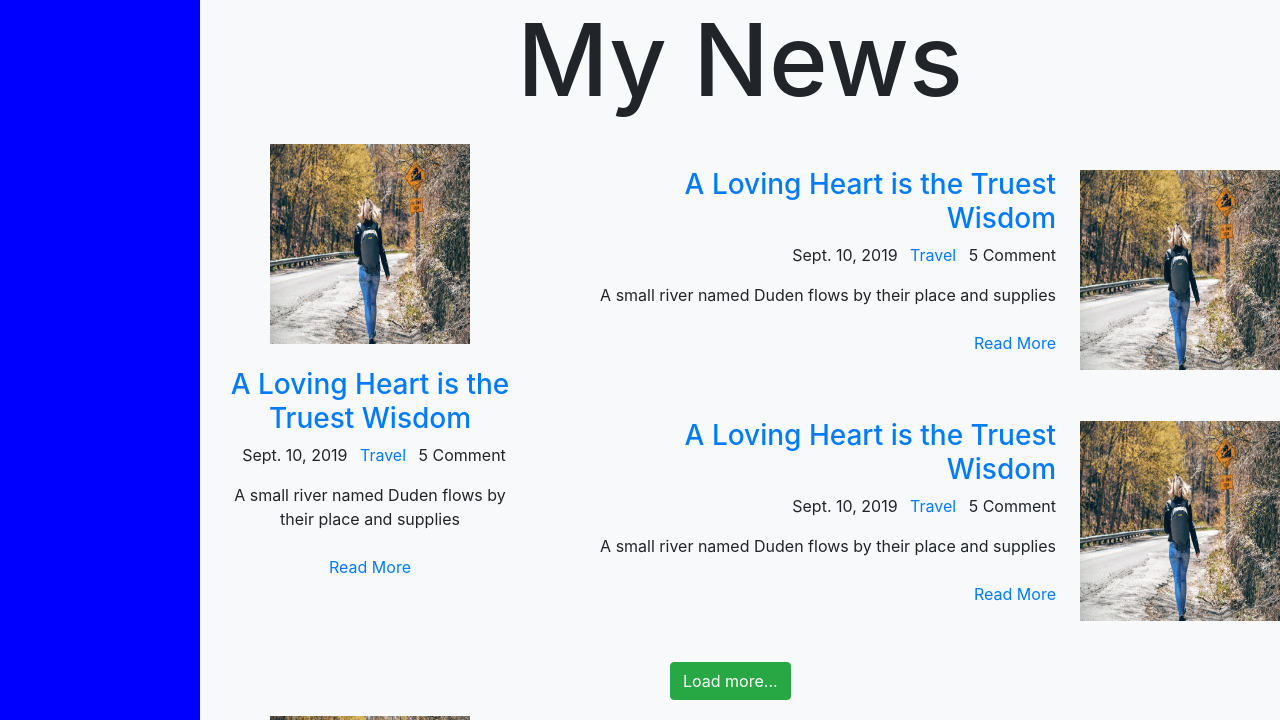
Repository: tts2610/GoogleNews
Page: index.html
An editor plug-in stored every save of this project. The page is shown before and after the next save, followed by the edit.
The browser window is 1280 px wide. The pictures show the whole page.
The page's requests for data from a server got no answer. An inner scrolling area shows only its first screen.

Above is the page before, as saved 2020-05-20 15:31:49.

### index.html
<!DOCTYPE html>
<html lang="en">

<head>
    <meta charset="UTF-8">
    <meta name="viewport" content="width=device-width, initial-scale=1.0">
    <title>Document</title>
    <link rel="stylesheet" href="https://maxcdn.bootstrapcdn.com/bootstrap/4.4.1/css/bootstrap.min.css">

    <!-- jQuery library -->
    <script src="https://ajax.googleapis.com/ajax/libs/jquery/3.5.1/jquery.min.js"></script>

    <!-- Popper JS -->
    <script src="https://cdnjs.cloudflare.com/ajax/libs/popper.js/1.16.0/umd/popper.min.js"></script>

    <!-- Latest compiled JavaScript -->
    <script src="https://maxcdn.bootstrapcdn.com/bootstrap/4.4.1/js/bootstrap.min.js"></script>
    <link rel="stylesheet" href="css/style.css">

    <link href="https://unpkg.com/aos@2.3.1/dist/aos.css" rel="stylesheet">
</head>

<body>
    <div class="myContainer">
        <div class="sidenav"></div>
        <div class="content" id="myContent">
            <div class="content-header mb-4">
                <h1 style="font-size: 100px; text-align: center;">My News</h1>
            </div>
            <div class="row">
                <div class="col-4 d-flex">
                    <div class="blog-entry-left">
                        <div>
                            <img src="img/image_8.jpg" width="200" height="200">
                        </div>
                        <div class="text p-4" style="text-align: center;">
                            <h3 class="mb-2"><a href="single.html">A Loving Heart is the Truest Wisdom</a></h3>
                            <div class="meta-wrap">
                                <p class="meta">
                                    <span><i class="icon-calendar mr-2"></i>Sept. 10, 2019</span>
                                    <span><a href="single.html"><i class="icon-folder-o mr-2"></i>Travel</a></span>
                                    <span><i class="icon-comment2 mr-2"></i>5 Comment</span>
                                </p>
                            </div>
                            <p class="mb-4">A small river named Duden flows by their place and supplies</p>
                            <p><a href="#" class="btn-custom">Read More <span class="ion-ios-arrow-forward"></span></a></p>
                        </div>
                    </div>
                </div>
                <div class="col-8 d-flex">
                    <div class="row">
                        <div class="col-md-12">
                            <div class="blog-entry ftco-animate d-md-flex align-items-center">
                                <div class="text text-2 text-md-right p-4">
                                    <h3 class="mb-2"><a href="single.html">A Loving Heart is the Truest Wisdom</a></h3>
                                    <div class="meta-wrap">
                                        <p class="meta">
                                            <span><i class="icon-calendar mr-2"></i>Sept. 10, 2019</span>
                                            <span><a href="single.html"><i class="icon-folder-o mr-2"></i>Travel</a></span>
                                            <span><i class="icon-comment2 mr-2"></i>5 Comment</span>
                                        </p>
                                    </div>
                                    <p class="mb-4">A small river named Duden flows by their place and supplies</p>
                                    <p><a href="#" class="btn-custom">Read More <span class="ion-ios-arrow-forward"></span></a></p>
                                </div>
                                <div class="news-img"><img src="img/image_8.jpg" width="200" height="200"></div>
                            </div>
                        </div>
                        <div class="col-md-12">
                            <div class="blog-entry ftco-animate d-md-flex align-items-center">
                                <div class="text text-2 text-md-right p-4">
                                    <h3 class="mb-2"><a href="single.html">A Loving Heart is the Truest Wisdom</a></h3>
                                    <div class="meta-wrap">
                                        <p class="meta">
                                            <span><i class="icon-calendar mr-2"></i>Sept. 10, 2019</span>
                                            <span><a href="single.html"><i class="icon-folder-o mr-2"></i>Travel</a></span>
                                            <span><i class="icon-comment2 mr-2"></i>5 Comment</span>
                                        </p>
                                    </div>
                                    <p class="mb-4">A small river named Duden flows by their place and supplies</p>
                                    <p><a href="#" class="btn-custom">Read More <span class="ion-ios-arrow-forward"></span></a></p>
                                </div>
                                <div class="news-img"><img src="img/image_8.jpg" width="200" height="200"></div>
                            </div>
                        </div>
                    </div>
                </div>
            </div>
            <button type="button" id="loadMoreBtn" class="btn btn-success my-3" style="margin-left: 470px;">Load more...</button>
            <div class="row">
                <div class="col-4 d-flex">
                    <div class="blog-entry-left">
                        <div>
                            <img src="img/image_8.jpg" width="200" height="200">
                        </div>
                        <div class="text p-4" style="text-align: center;">
                            <h3 class="mb-2"><a href="single.html">A Loving Heart is the Truest Wisdom</a></h3>
                            <div class="meta-wrap">
                                <p class="meta">
                                    <span><i class="icon-calendar mr-2"></i>Sept. 10, 2019</span>
                                    <span><a href="single.html"><i class="icon-folder-o mr-2"></i>Travel</a></span>
                                    <span><i class="icon-comment2 mr-2"></i>5 Comment</span>
                                </p>
                            </div>
                            <p class="mb-4">A small river named Duden flows by their place and supplies</p>
                            <p><a href="#" class="btn-custom">Read More <span class="ion-ios-arrow-forward"></span></a></p>
                        </div>
                    </div>
                </div>
                <div class="col-8 d-flex">
                    <div class="row">
                        <div class="col-md-12">
                            <div class="blog-entry ftco-animate d-md-flex align-items-center">
                                <div class="text text-2 text-md-right p-4">
                                    <h3 class="mb-2"><a href="single.html">A Loving Heart is the Truest Wisdom</a></h3>
                                    <div class="meta-wrap">
                                        <p class="meta">
                                            <span><i class="icon-calendar mr-2"></i>Sept. 10, 2019</span>
                                            <span><a href="single.html"><i class="icon-folder-o mr-2"></i>Travel</a></span>
                                            <span><i class="icon-comment2 mr-2"></i>5 Comment</span>
                                        </p>
                                    </div>
                                    <p class="mb-4">A small river named Duden flows by their place and supplies</p>
                                    <p><a href="#" class="btn-custom">Read More <span class="ion-ios-arrow-forward"></span></a></p>
                                </div>
                                <div class="news-img"><img src="img/image_8.jpg" width="200" height="200"></div>
                            </div>
                        </div>
                        <div class="col-md-12">
                            <div class="blog-entry ftco-animate d-md-flex align-items-center">
                                <div class="text text-2 text-md-right p-4">
                                    <h3 class="mb-2"><a href="single.html">A Loving Heart is the Truest Wisdom</a></h3>
                                    <div class="meta-wrap">
                                        <p class="meta">
                                            <span><i class="icon-calendar mr-2"></i>Sept. 10, 2019</span>
                                            <span><a href="single.html"><i class="icon-folder-o mr-2"></i>Travel</a></span>
                                            <span><i class="icon-comment2 mr-2"></i>5 Comment</span>
                                        </p>
                                    </div>
                                    <p class="mb-4">A small river named Duden flows by their place and supplies</p>
                                    <p><a href="#" class="btn-custom">Read More <span class="ion-ios-arrow-forward"></span></a></p>
                                </div>
                                <div class="news-img"><img src="img/image_8.jpg" width="200" height="200"></div>
                            </div>
                        </div>
                    </div>
                </div>
            </div>
        </div>
    </div>

    <script src="js/script.js"></script>
    <script src="https://unpkg.com/aos@2.3.1/dist/aos.js"></script>
    <script>
        AOS.init();
    </script>
</body>

</html>

### css/style.css
body {
    margin: 0
}

.myContainer {
    display: flex;
    justify-content: start;
}

.sidenav {
    min-height: 100vh;
    width: 200px;
    float: left;
    position: relative;
    background-color: blue;
}

.content {
    height: 100vh;
    width: calc(100% - 200px);
    float: right;
    position: relative;
    background-color: #f8f9fa;
    overflow-y: scroll;
}

.blog-entry-left {
    display: flex;
    flex-direction: column;
    align-items: center;
}

### js/script.js
let newsList = [];
const apiKey = "2dc86bcdc7184b17b45b74b30858f75a"
const loadNews = async() => {
    let url = `https://newsapi.org/v2/top-headlines?country=us&apiKey=${apiKey}`;
    let data = await fetch(url);
    let result = await data.json();
    let innerHtml = '';
    let firstNum = 0;
    let midNum;
    let lastNum;
    result.articles.forEach((x, i) => {
        if (i == firstNum) {
            innerHtml += `<div class="row">
            <div class="col-4 d-flex">
                <div class="blog-entry-left">
                    <div>
                        <img src="${x.urlToImage}" width="200" height="200">
                    </div>
                    <div class="text p-4" style="text-align: center;">
                        <h3 class="mb-2"><a href="single.html">${x.title}</a></h3>
                        <div class="meta-wrap">
                            <p class="meta">
                                <span><i class="icon-calendar mr-2"></i>${x.publishedAt}</span>
                                <span><a href="single.html"><i class="icon-folder-o mr-2"></i>${x.source.name}</a></span>
                                <span><i class="icon-comment2 mr-2"></i>5 Comment</span>
                            </p>
                        </div>
                        <p class="mb-4">${x.description}</p>
                        <p><a href="#" class="btn-custom">Read More <span class="ion-ios-arrow-forward"></span></a></p>
                    </div>
                </div>
            </div>`
            midNum = i + 1;
            firstNum = firstNum + 3;
        }
        if (i == midNum) {
            innerHtml += `<div class="col-8 d-flex">
            <div class="row">
                <div class="col-md-12">
                    <div class="blog-entry ftco-animate d-md-flex align-items-center">
                        <div class="text text-2 text-md-right p-4">
                            <h3 class="mb-2"><a href="single.html">${x.title}</a></h3>
                            <div class="meta-wrap">
                                <p class="meta">
                                    <span><i class="icon-calendar mr-2"></i>${x.publishedAt}</span>
                                    <span><a href="single.html"><i class="icon-folder-o mr-2"></i>${x.source.name}</a></span>
                                    <span><i class="icon-comment2 mr-2"></i>5 Comment</span>
                                </p>
                            </div>
                            <p class="mb-4">${x.description}</p>
                            <p><a href="#" class="btn-custom">Read More <span class="ion-ios-arrow-forward"></span></a></p>
                        </div>
                        <div class="news-img"><img src="${x.urlToImage}" width="200" height="200"></div>
                    </div>
                </div>`
            lastNum = i + 1;
        }
        if (i == lastNum) {
            innerHtml += `<div class="col-md-12">
            <div class="blog-entry ftco-animate d-md-flex align-items-center">
                <div class="text text-2 text-md-right p-4">
                    <h3 class="mb-2"><a href="single.html">${x.title}</a></h3>
                    <div class="meta-wrap">
                        <p class="meta">
                            <span><i class="icon-calendar mr-2"></i>${x.publishedAt}</span>
                            <span><a href="single.html"><i class="icon-folder-o mr-2"></i>${x.source.name}</a></span>
                            <span><i class="icon-comment2 mr-2"></i>5 Comment</span>
                        </p>
                    </div>
                    <p class="mb-4">${x.description}</p>
                    <p><a href="#" class="btn-custom">Read More <span class="ion-ios-arrow-forward"></span></a></p>
                </div>
                <div class="news-img"><img src="${x.urlToImage}" width="200" height="200"></div>
            </div>
        </div>
    </div>
</div>
</div>`
        }


    });
    $("#myContent").append(innerHtml);
}

loadNews();

After the next save:
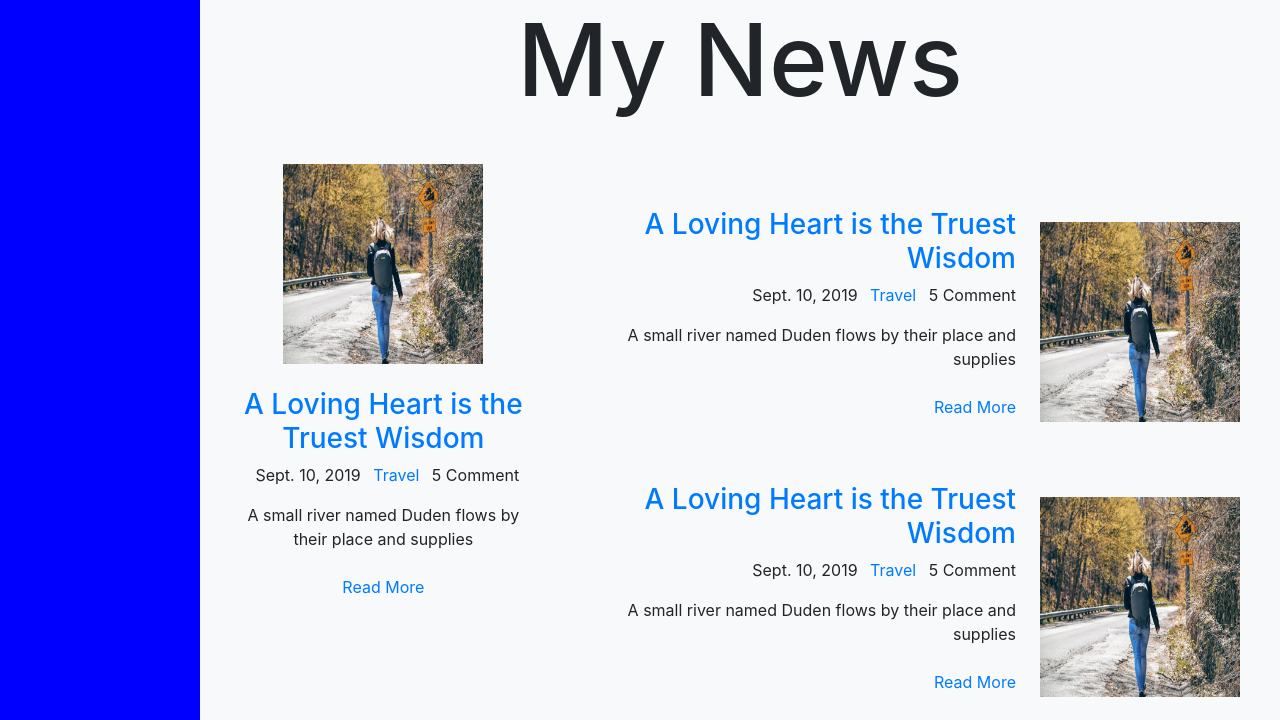
Saved 6 min 15 s later.
--- a/css/style.css
+++ b/css/style.css
@@ -29,3 +29,7 @@ body {
     flex-direction: column;
     align-items: center;
 }
+
+.row {
+    padding: 20px;
+}
